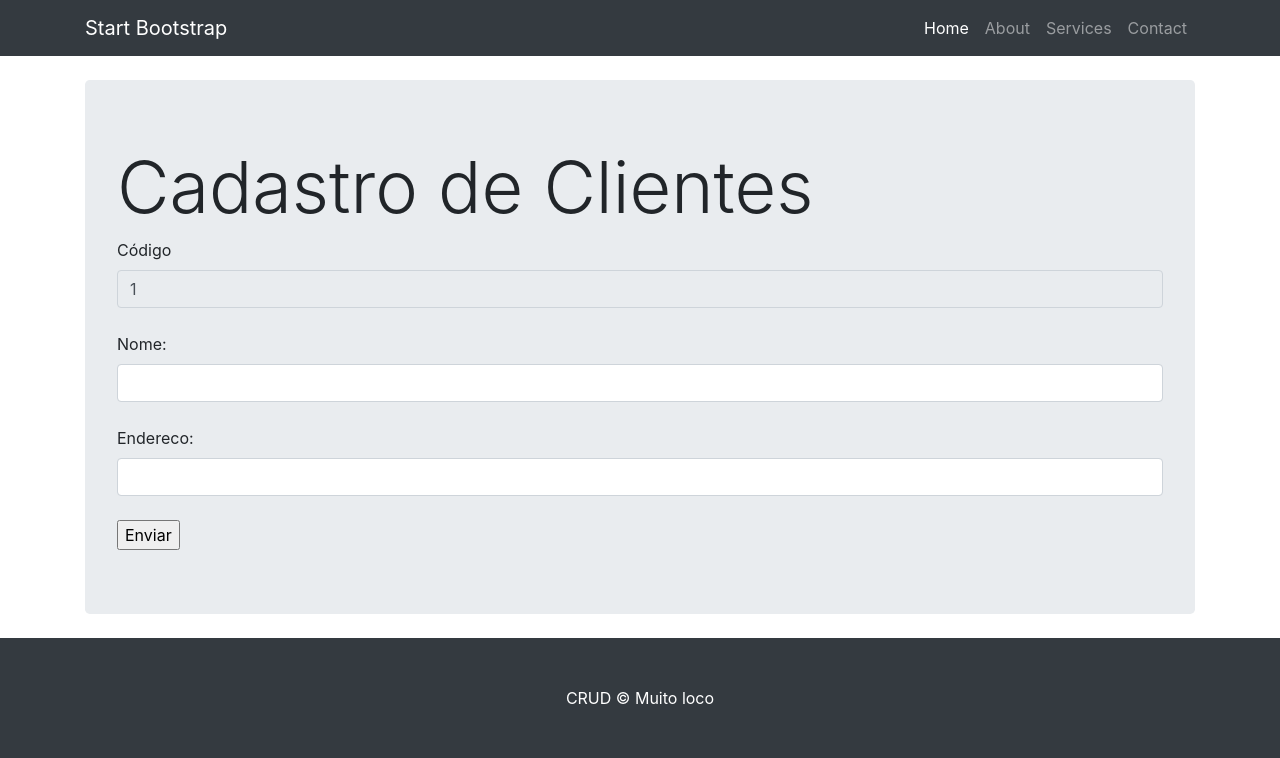
Repository: LucasMontalvao/PHPDACS2020
Page: http://localhost/projeto/site/clientpage.php?id=1
The author's editor kept a record of every edit. The page is drawn from the files as they stood at one moment, then again after the next edit.
The browser window is 1280 px wide. The pictures show the whole page.
The page is run by PHP 8.4 with error messages shown; the project is at /var/www/html/.

Above is the page before.

After the next edit:
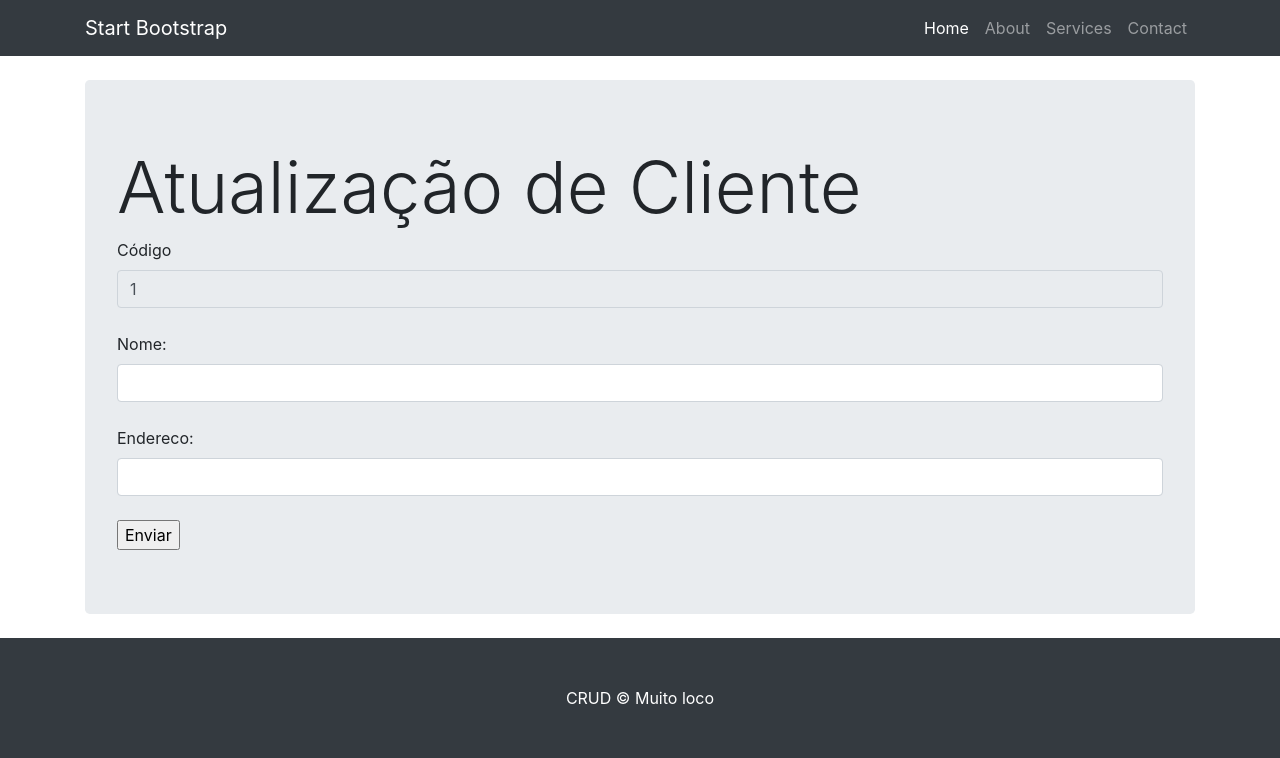
The edit:
--- a/projeto/site/clientpage.php
+++ b/projeto/site/clientpage.php
@@ -57,7 +57,7 @@
 
     <!-- Jumbotron Header -->
     <header class="jumbotron my-4">
-      <h3 class="display-3">Cadastro de Clientes</h3>
+      <h3 class="display-3">Atualização de Cliente</h3>
         <form method="POST" action="savecliente.php">
           <label>Código</label>
           <input type="text" class="form-control" name="codigo" value="<?php echo $id?>" disabled /></br>
